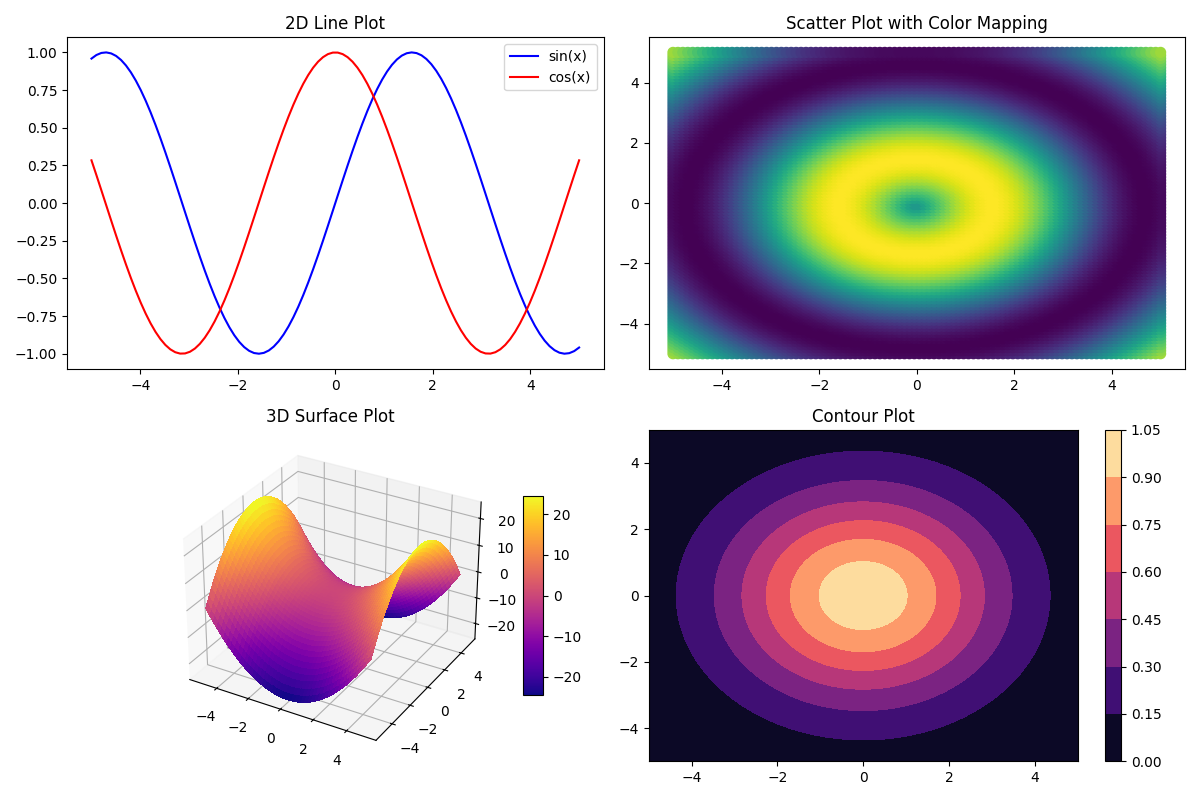
Repository: leoh1223/HW_Python
Script's output: python Amazing_plot.py
These files come from the project's save history. The script's output is drawn as it stood at one moment and after the next save; the edit follows.
Random numbers start from a fixed seed.

Above is the script's output before, as saved 2024-01-08 16:42:22.

### Amazing_plot.py
import numpy as np
import matplotlib.pyplot as plt
from mpl_toolkits.mplot3d import Axes3D
from datetime import datetime
# Generate some data for demonstration
x1 = np.linspace(-5, 5, 100)
y1 = np.linspace(-5, 5, 100)
x, y = np.meshgrid(x1, y1)

z1 = np.sin(np.sqrt(x**2 + y**2))
z2 = np.exp(-(x**2 + y**2) / 10)
z3 = x**2 - y**2

# Create a figure with multiple subplots
fig = plt.figure(figsize=(12, 8))

# Subplot 1: 2D Line Plot
plt.subplot(2, 2, 1)
plt.plot(x1, np.sin(x1), label='sin(x)', color='blue')
plt.plot(x1, np.cos(x1), label='cos(x)', color='red')
plt.title('2D Line Plot')
plt.legend()
# plt.show()

# Subplot 2: Scatter Plot
plt.subplot(2, 2, 2)
plt.scatter(x, y, c=z1, cmap='viridis', s=50)
plt.title('Scatter Plot with Color Mapping')

# Subplot 3: 3D Surface Plot
ax = fig.add_subplot(2, 2, 3, projection='3d')
surface = ax.plot_surface(x, y, z3, cmap='plasma', linewidth=0, antialiased=False)
ax.set_title('3D Surface Plot')
fig.colorbar(surface, ax=ax, shrink=0.6, aspect=10)

# Subplot 4: Contour Plot
plt.subplot(2, 2, 4)
contour = plt.contourf(x, y, z2, cmap='magma')
plt.title('Contour Plot')
fig.colorbar(contour)

# Adjust layout to prevent overlapping
plt.tight_layout()

# Show the plot
plt.show()

After the next save:
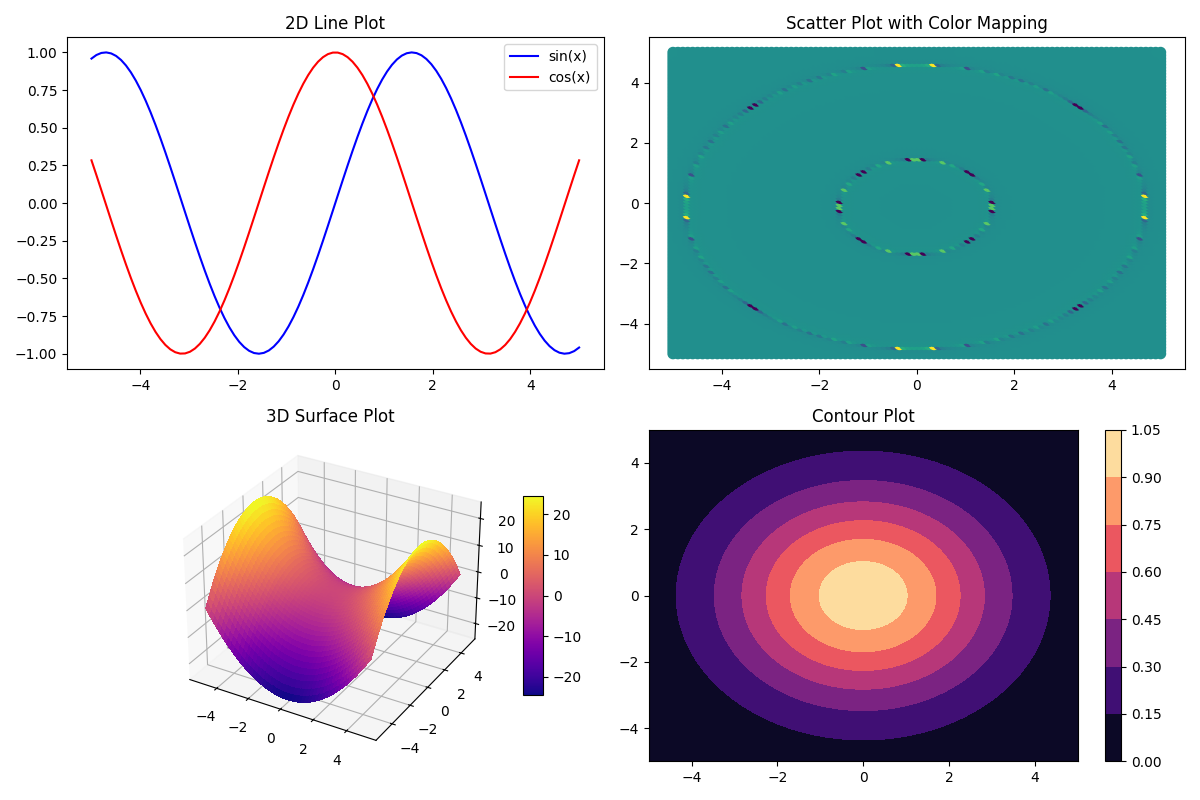
Saved 48 s later.
--- a/Amazing_plot.py
+++ b/Amazing_plot.py
@@ -7,7 +7,7 @@ x1 = np.linspace(-5, 5, 100)
 y1 = np.linspace(-5, 5, 100)
 x, y = np.meshgrid(x1, y1)
 
-z1 = np.sin(np.sqrt(x**2 + y**2))
+z1 = np.tan(np.sqrt(x**2 + y**2))
 z2 = np.exp(-(x**2 + y**2) / 10)
 z3 = x**2 - y**2
 
